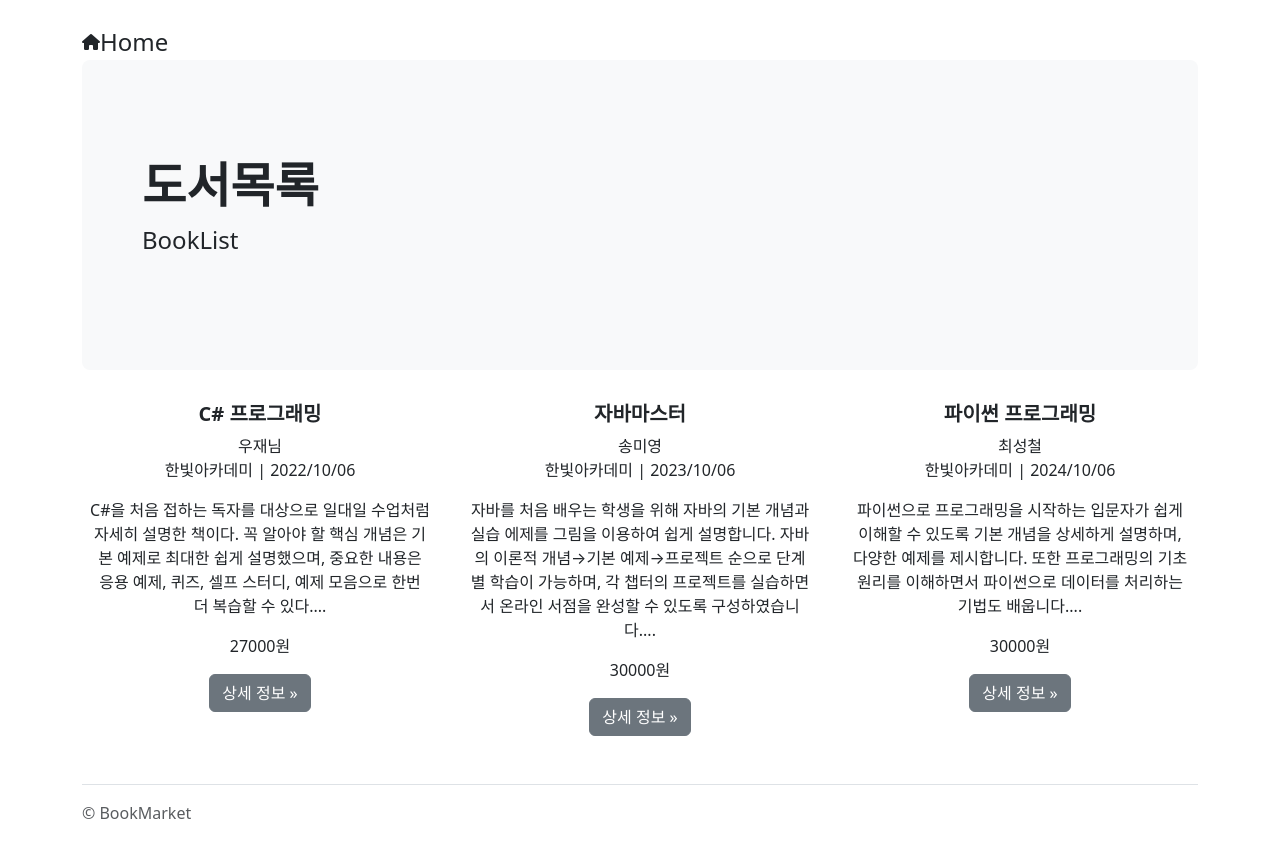
Repository: byeolchorong/ITedunet
Page: http://localhost/BookMarket/books.jsp
An editor plug-in stored every save of this project. The page is shown before and after the next save, followed by the edit.
The browser window is 1280 px wide. The pictures show the whole page.
Some web libraries are served in a nearby version. The page is served by Tomcat 9. Nobody is signed in. The application's start-up code is not run.

Above is the page before, as saved 2025-05-27 02:42:00.

After the next save:
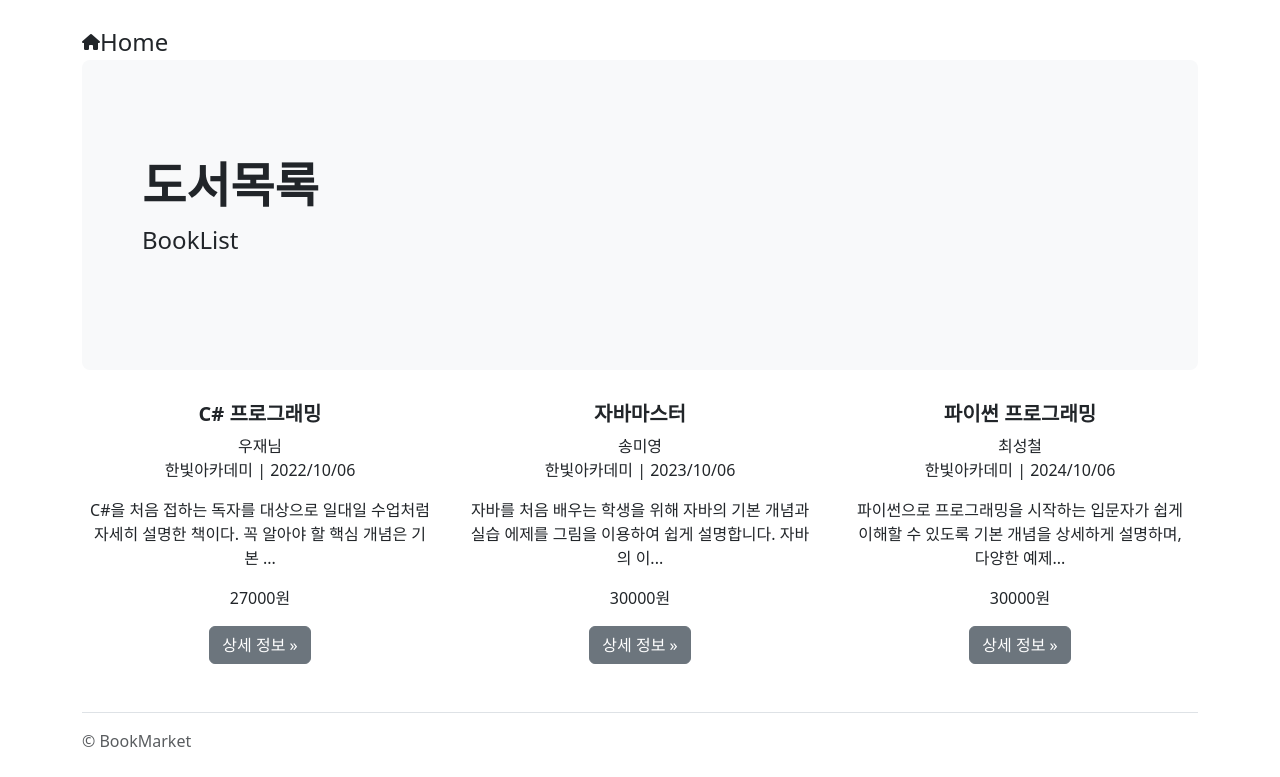
Saved 29 s later.
--- a/JSP/BookMarket/src/main/webapp/books.jsp
+++ b/JSP/BookMarket/src/main/webapp/books.jsp
@@ -37,7 +37,7 @@
 				<h5><b><%=book.getName() %></b></h5>
 				<p> <%=book.getAuthor() %>
 				<br><%=book.getPublisher() %> | <%=book.getReleaseDate() %>
-				<p><%=book.getDescription() %>...
+				<p><%=book.getDescription().substring(0,60) %>...
 				<p><%=book.getUnitPrice() %>원
 				<p> <a href="./book.jsp?id=<%=book.getBookId() %>" class="btn btn-secondary" role="button"> 상세 정보 &raquo;</a>
 			</div>

After the 2 saves that followed:
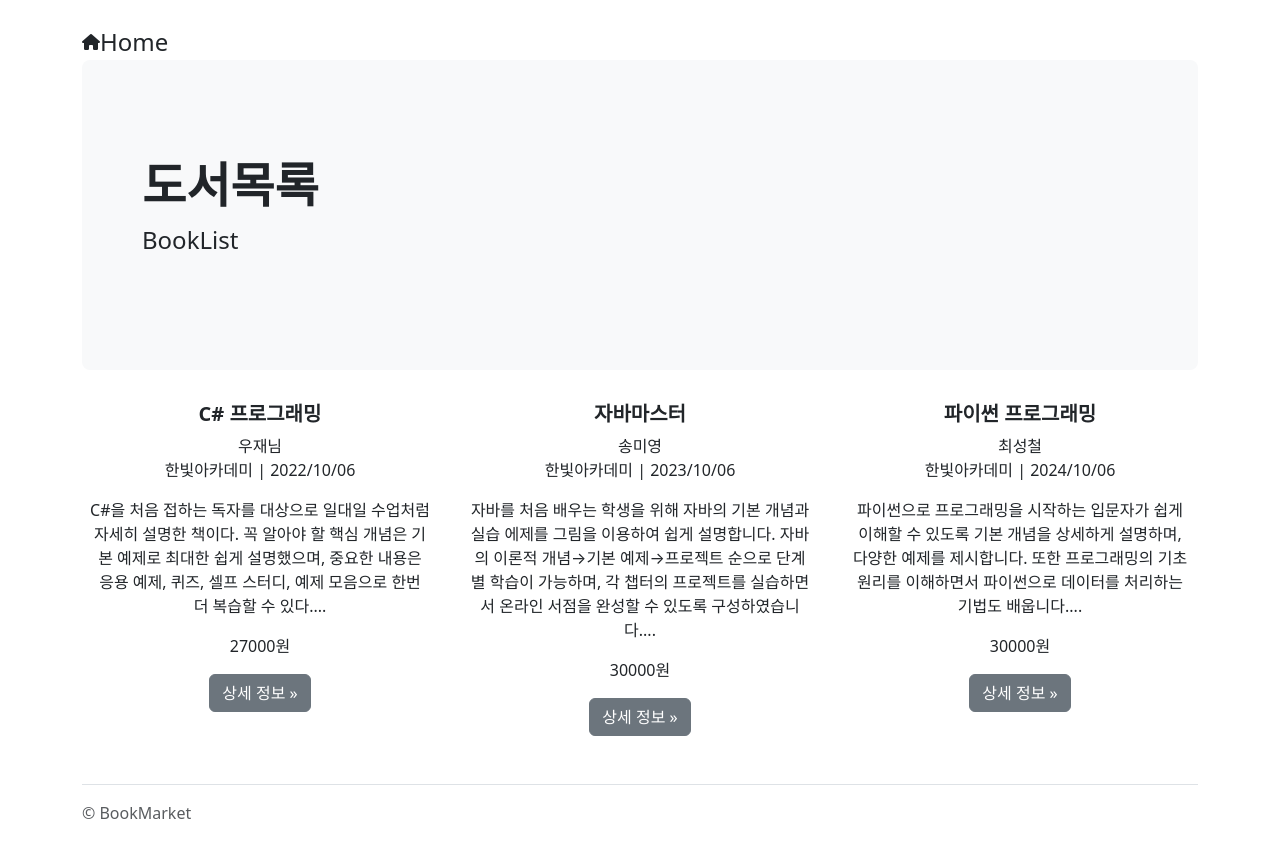
The 2 saves are shown as one change because 1 left the picture as it was.
The last was saved 9 min 47 s later.
--- a/JSP/BookMarket/src/main/webapp/books.jsp
+++ b/JSP/BookMarket/src/main/webapp/books.jsp
@@ -37,7 +37,9 @@
 				<h5><b><%=book.getName() %></b></h5>
 				<p> <%=book.getAuthor() %>
 				<br><%=book.getPublisher() %> | <%=book.getReleaseDate() %>
-				<p><%=book.getDescription().substring(0,60) %>...
+
+
+				<p><%=book.getDescription() %>...
 				<p><%=book.getUnitPrice() %>원
 				<p> <a href="./book.jsp?id=<%=book.getBookId() %>" class="btn btn-secondary" role="button"> 상세 정보 &raquo;</a>
 			</div>
